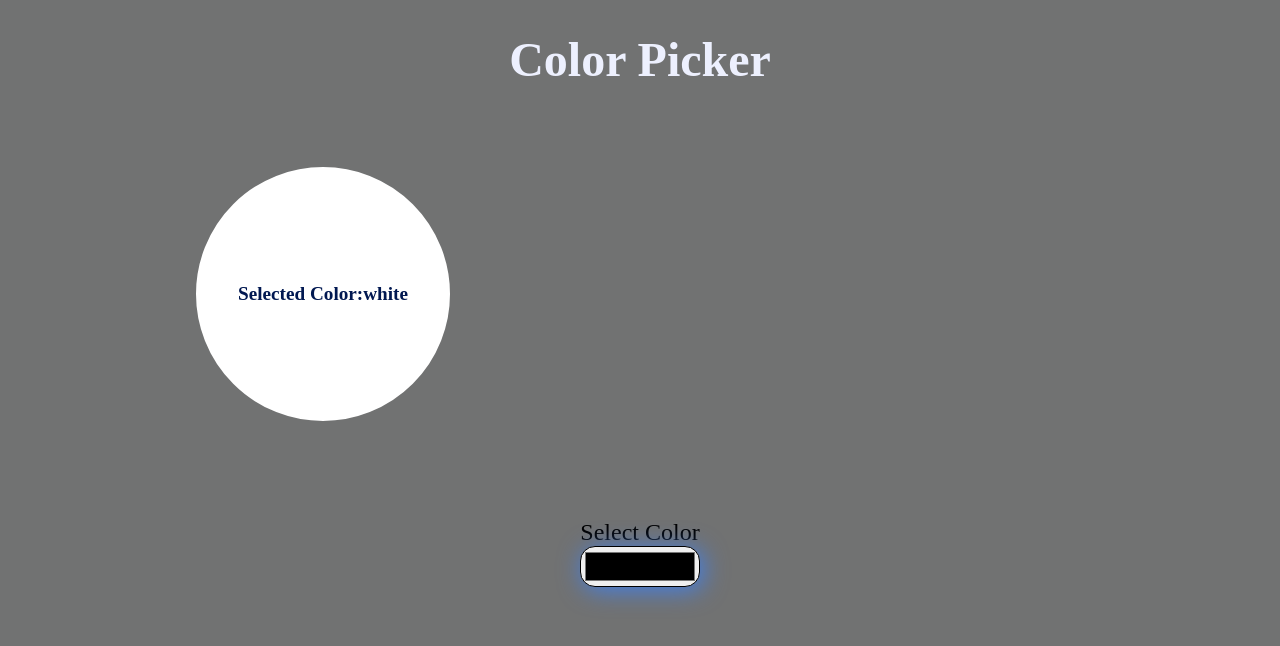
Repository: rkrukshan/Color-Picker--React-
Page: /
An editor plug-in stored every save of this project. The page is shown before and after the next save, followed by the edit.
The browser window is 1280 px wide. The pictures show the whole page.
The project was rebuilt for these pictures with package versions that can differ from the ones it lists, and the page was loaded fresh each time. Also part of the build but not shown: vite.config.js.

Above is the page before, as saved 2024-07-21 18:54:09.

After the next save:
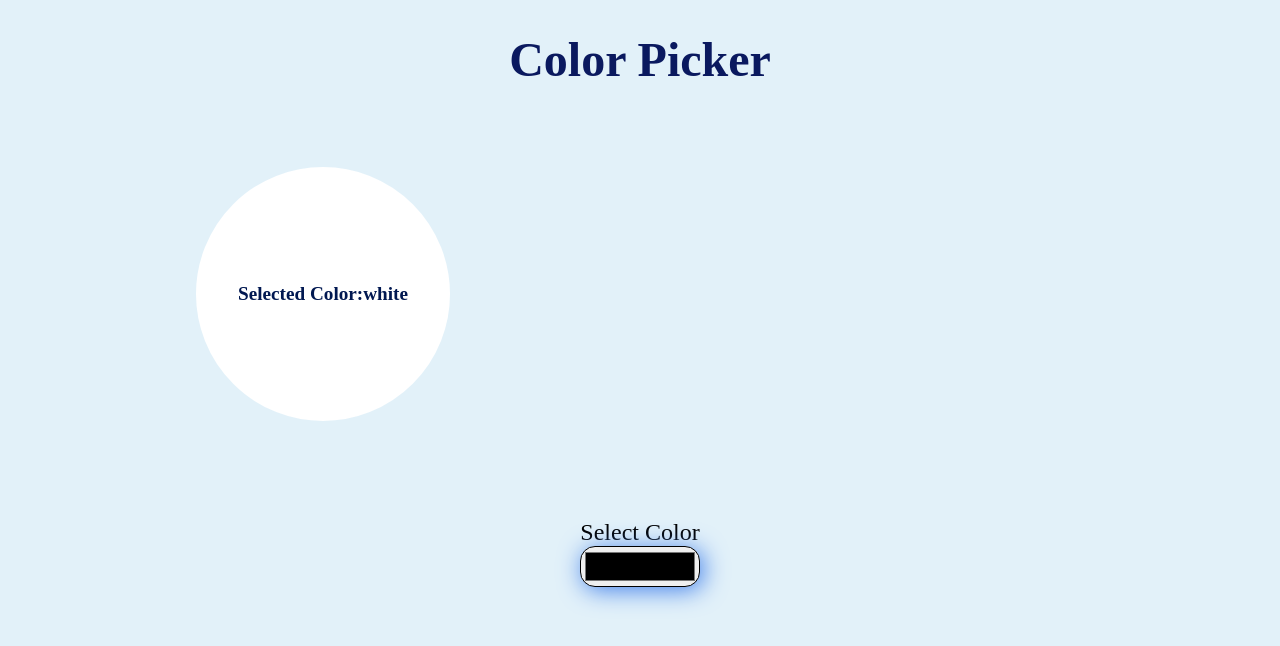
Saved 4 s later.
--- a/src/index.css
+++ b/src/index.css
@@ -1,12 +1,12 @@
 body{
-  background-color:rgb(113, 114, 114);
+  background-color:rgb(226, 241, 249);
 }
 .cp-container {
   text-align: center;
 
 }
 .heading {
-  color: rgb(237, 240, 254);
+  color: rgb(10, 25, 95);
   font-size: 3em;
 }
 .color-pad {
